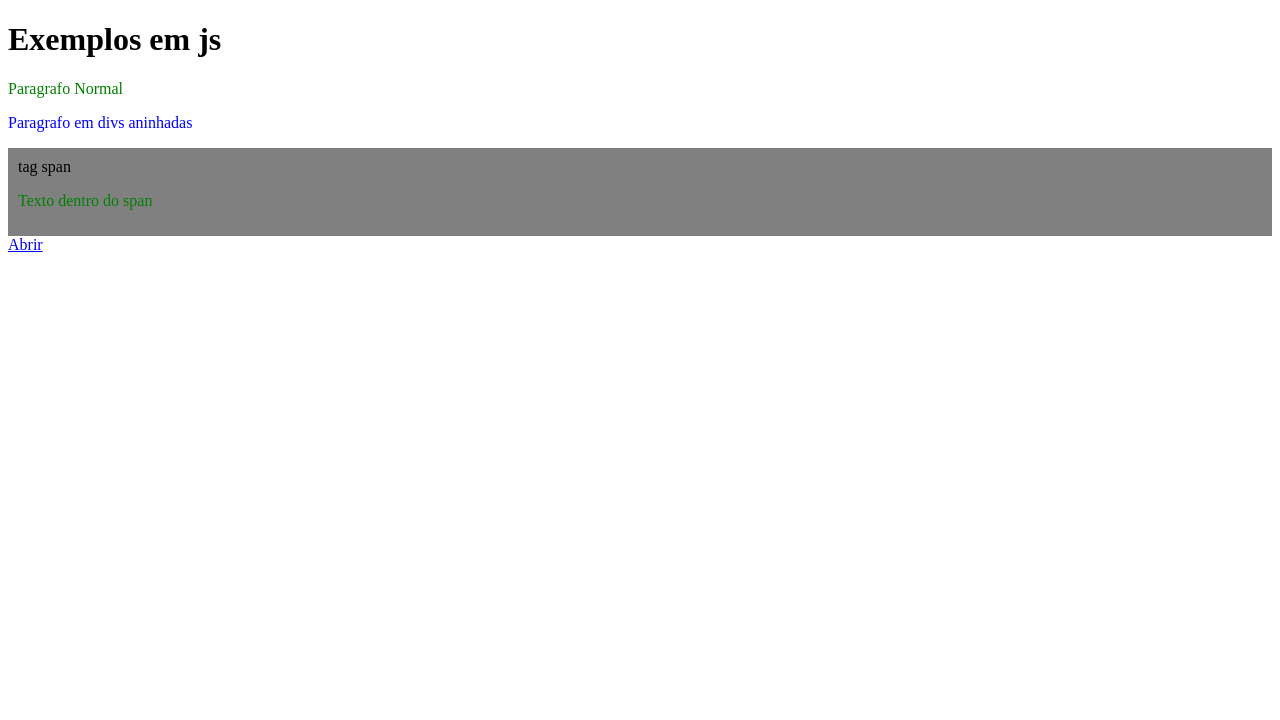
Repository: RenaanHs/RenanHenrique
Page: test.html
The author's editor kept a copy of each file at every save. The page is drawn from the files as they stood at one save, then again after a run of saves.
The browser window is 1280 px wide. The pictures show the whole page.
Some web fonts or font styles are not loaded; a fallback is used.

Above is the page before, as saved 2023-11-16 16:25:21.

### test.html
<!DOCTYPE html>
<html lang="en">
<head>
    <meta charset="UTF-8">
    <meta name="viewport" content="width=device-width, initial-scale=1.0">
    <title>Javascript</title>

</head>
<body>
    <h1>Exemplos em js</h1>
    <p>Paragrafo Normal</p>
    <div>
        <div>
            <p>Paragrafo em divs aninhadas</p>
        </div>
    </div>
    <span>
        tag span
        <p>Texto dentro do span</p>
    </span>
    <a href="#">Abrir</a>
    <dialog>
        <h2>Titulo mondal</h2>
        <p>Lorem ipsum dolor sit amet consectetur adipisicing elit. Eaque, doloribus. Quam corporis provident, minima deserunt veniam pariatur illum repudiandae quia aut, atque amet magni! Quia reprehenderit doloremque et ratione aspernatur?
        </p>
        <a href="#">Fechar</a>
    </dialog>
    <br><br><br><br><br><br><br><br>
</body>
<script>
    const paragrafo = document.querySelector("div div p");/*Selecionando o paragrafo que esta dentro das duas divs*/
    const tagsP = document.querySelectorAll("p");//vetor
    const span = document.querySelector("span");

    tagsP.forEach(p =>{
      p.style.color = "green";
    });
    paragrafo.style.color = "blue";

    span.style.backgroundColor = "grey";
    span.style.display = "block";
    span.style.padding = "10px";

    //Modal
    const modal = document.querySelector("dialog");
    const btnmodal = document.querySelectorAll("a");

    btnmodal[0].onclick = function(){
        modal.showModal();
    }
    btnmodal[1].onclick = function(){
        modal.close();
    }

    modal.addEventListener("click", event => {
        if(event.target === modal){
            modal.close();
        }
    });

</script>

</html>

### casas.css
@import url('https://fonts.googleapis.com/css2?family=Dancing+Script&family=Indie+Flower&family=Playfair+Display:ital,wght@1,500&display=swap');
body{
    background-color: #b99292;
    font-family: Arial, sans-serif;
    margin: 0px;
    padding: 0px;
    background-image: url(./img/OIP\ \(1\).jpg);
}
h1{
    font-size: 80px;
    color: white;
    font-family: 'Dancing Script', cursive;
}
p{
    text-align: justify;
    padding: 10px;
    font-family: 'Indie Flower', cursive;
    font-weight: bold;
}
.grid-container{
    display: grid;
    grid-template-rows: 260px auto 100px;
    grid-template-areas:
    "header"
    "main"
    "footer"
}
.header{
    grid-area: header;
    text-align: center;
    height: 220px;
    font-family: serif;
    color: #fff;
    padding: 10px 0px;
}
.main{
    grid-area: main;
    display: flex;
    flex-direction: row;
    flex-wrap: nowrap;
    justify-content: start;
    margin-top: 20px;
    margin-left: 10px;
    margin-right: 10px;
}
.footer{
    grid-area: footer;
    text-align: center;
    color: #fff;
    margin-top: 40px;
}

img{
    width: 100%;
    border-radius: 10px;
}
.item1{
    background-color: #b51c1c;
    color: white;
}
.item2{
    background-color: yellow;

}
.item3{
    background-color: blue;
    color: white;
}
.item4{
    background-color: green;
}
.item1,.item2,.item3,.item4{
    text-align: center;
    border-radius: 10px;
    flex-grow: 1;
    flex-basis: 200px;
    margin: 5px;
}
@media screen and (max-width: 768px) {
    h2 {
      font-size: 24px;
    }
    p {
      font-size: 14px;
    }
    h1{
        font-size: 70px;
    }
  }
/* Adicione estilos para o modal */
#myModal {
    display: none;
    position: fixed;
    z-index: 1;
    left: 0;
    top: 0;
    width: 100%;
    height: 100%;
    overflow: auto;
    background-color: rgba(0, 0, 0, 0.7);
}

#modalContent {
    background-color: #fefefe;
    margin: 10% auto;
    padding: 20px;
    border: 1px solid #888;
    width: 80%;
}

/* Estilos para o botão de fechar no modal */
.close {
    color: #aaaaaa;
    float: right;
    font-size: 28px;
    font-weight: bold;
}

.close:hover,
.close:focus {
    color: #000;
    text-decoration: none;
}

After the next 4 saves:
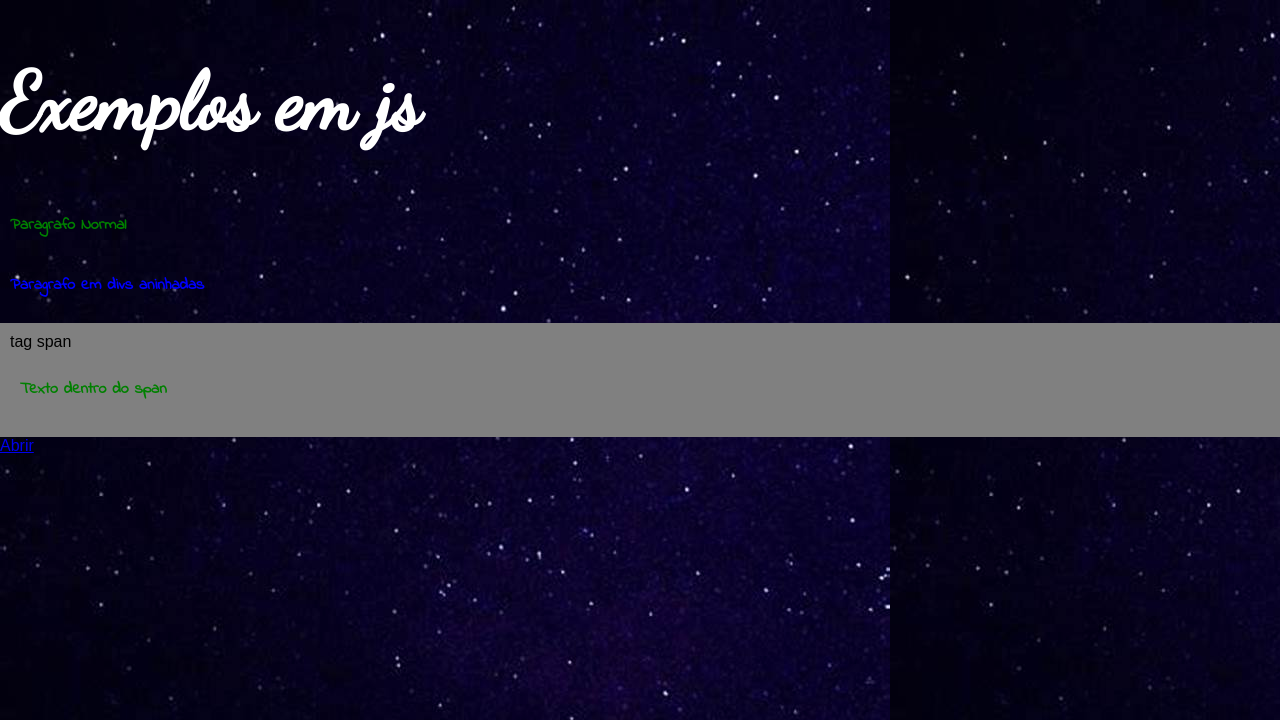
The 4 saves are shown as one change because they came seconds apart.
The last was saved 10 s later.
--- a/test.html
+++ b/test.html
@@ -4,6 +4,7 @@
     <meta charset="UTF-8">
     <meta name="viewport" content="width=device-width, initial-scale=1.0">
     <title>Javascript</title>
+    <link rel="stylesheet" href="casas.css">
 
 </head>
 <body>
